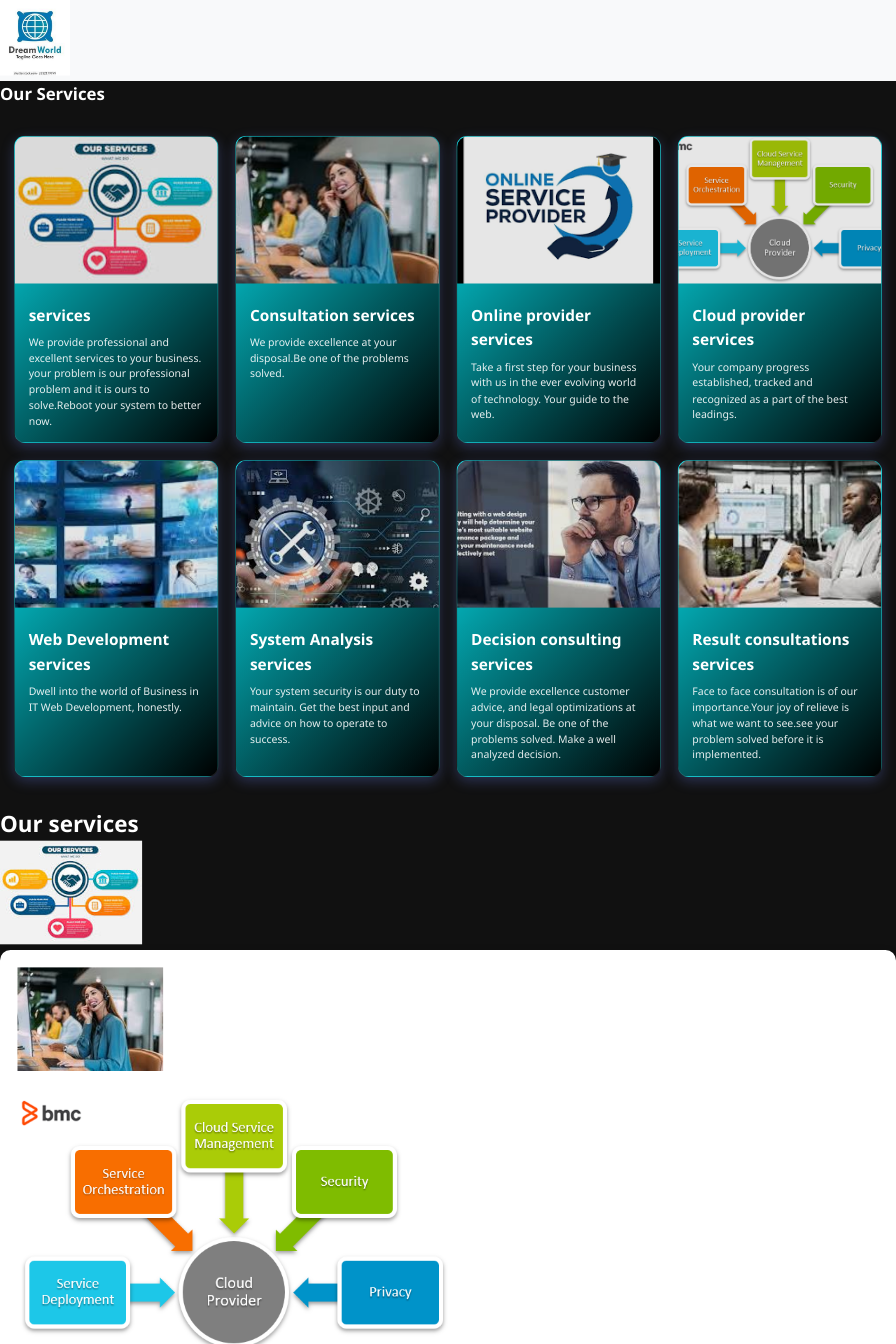
Repository: za569/WEDE5020-HTML-CSS-JavaScript-Zanda-Rubuxa-PART-3
Page: services.html
An editor plug-in stored every save of this project. The page is shown before and after the next save, followed by the edit.
The browser window is 1280 px wide. The pictures show the part of the page from y = 0 to 1920 px (the page is 3075 px tall), at 70% of full size.

Above is the page before, as saved 2026-06-03 12:34:27.
Console error: TypeError: document.getElementsById is not a function

### services.html
<!DOCTYPE html>
<html lang="en">
<head>
    <meta charset="UTF-8">
    <meta name="viewport" content="width=device-width, initial-scale=1.0">
    <title>Dreamworlds holdings|about</title>
    <img src="images/logo.jpg" width="100px" length="500px" alt="logo">
    <link rel="stylesheet" href="style.css">
</head>
<body>

    <header>

    <section class="services-page">
        <h2>Our Services</h2>
        <div class="services-grid">

        <div class="service-card">
            <img src="images/services.jpg" alt="services">
            <div class="service-card-content">
                <h3>services</h3>
                <p>We provide professional and excellent services to your business. your problem is our professional problem and it is ours to solve.Reboot your system to better now.</p>
            </div>
        </div>

        <div class="service-card">
            <img src="images/service 1 img.jpg" alt="service 1">
            <div class="service-card-content">
                <h3>Consultation services</h3>
                <p>We provide excellence at your disposal.Be one of the problems solved.</p>

            </div>
        </div>

        <div class="service-card">
            <img src="images/service 2 img.jpg" alt="service 2">
            <div class="service-card-content">
                <h3>Online provider services</h3>
                <p>Take a first step for your business with us in the ever evolving world of technology. Your guide to the web.</p>
            </div>
        </div>

        <div class="service-card">
            <img src="images/service 3 img.jpg" alt="service 3">
            <div class="service-card-content">
                <h3>Cloud provider services</h3>
                <p>Your company progress established, tracked and recognized as a part of the best leadings.</p>
            </div>
        </div>

        <div class="service-card">
            <img src="images/service 4.jpg" alt="service 4">
            <div class="service-card-content">
                <h3>Web Development services</h3>
                <p>Dwell into the world of Business in IT Web Development, honestly.</p>
            </div>
        </div>

        <div class="service-card">
            <img src="images/service 5.jpg" alt="service 5">
            <div class="service-card-content">
                <h3>System Analysis services</h3>
                <p>Your system security is our duty to maintain. Get the best input and advice on how to operate to success.</p>
            </div>
        </div>

    <div class="service-card">
            <img src="images/service 5(2).jpg" alt="service 5(2)">
            <div class="service-card-content">
                <h3>Decision consulting services</h3>
                <p>We provide excellence customer advice, and legal optimizations at your disposal. Be one of the problems solved. Make a well analyzed decision.</p>
            </div>
    </div>

        <div class="service-card">
            <img src="images/service experience.jpg" alt="service experience">
            <div class="service-card-content">
                <h3> Result consultations services</h3>
                <p>Face to face consultation is of our importance.Your joy of relieve is what we want to see.see your problem solved before it is implemented.</p>
            </div>
        </div>
    </div>
</section>

    <main class="container">
        <h1>Our services</h1>
        <img src="images/services.jpg" alt="services">

        <div class="grid-3">
            <div class="card">
                <img src="images/service 1 img.jpg" alt="service 1">
                <h3>Web Design</h3>
                <img src="images/service 3 img.jpg" alt="service 3">
                <p>Custom HTML/CSS layouts tailored to your brand.</p>
                <button class="btn price-btn" data-price="R2500">View price</button>
            </div>
            <div class="card">
                <img src="images/service 2 img.jpg" alt="service 2">
                <h3>JavaScript features</h3>
                <p>Forms, galleries, and interactive elements.</p>
                <img src="images/service 4.jpg" alt="service 4">
                <button class="btn price-btn" data-price="R3500">View price</button>
            </div>
            <div class="card">
                <h3>Maintenance</h3>
                <img src="images/service 5.jpg" alt="service 5">
                <p>Monthly updates and bug fixes.</p>
                <img src="images/service 5(2).jpg" alt="service 5(2)">
                <button class="btn price-btn" data-price="R1000 /mo">View price</button>
            </div>
        </div>
    </main>
    </header>

    <footer>&copy; 2026 Dreamworlds holdings.</footer>

    <script src="js/script.js"></script>


</body>
</html>

### style.css
* {
    margin: 0;
    padding: 0;
    box-sizing: border-box;
    font-family: 'Segoe UI', Tahoma, Geneva, Verdana, sans-serif;
}

body {
    background: #f8f9fa;
    color: #333;
    line-height: 1.6;
}

header {
    background: #111;
    color: #fff;
    position: sticky;
    top: 0;
    z-index: 1000;
}

* ==========================================================================
BALANCED 3-COLUMN LAYOUT WITH PROPORTIONAL INTEGRATED MAP
========================================================================== */

.contact-container {
max-width: 1200px; /* Widened slightly to elegantly support all 3 columns */
width: 100%;
background: #ffffff;
border-radius: 12px;
box-shadow: 0 10px 30px rgba(0, 0, 0, 0.08);
overflow: hidden;
margin: 40px auto;
}

.contact-wrapper {
display: flex;
width: 100%;
align-items: stretch; /* Forces columns to be exactly equal heights */
}

/* COLUMN 1: SIDE DETAILS PANEL */
.side-details {
flex: 0.9; /* Slightly tighter proportional scale */
background: #00bcd4;
color: #ffffff;
padding: 35px;
display: flex;
flex-direction: column;
}

.side-details h2 {
font-size: 1.8rem;
font-weight: 700;
margin-bottom: 12px;
color: #ffffff;
}

.side-desc {
font-size: 0.85rem;
line-height: 1.5;
opacity: 0.9;
margin-bottom: 30px;
}

.info-links {
display: flex;
flex-direction: column;
gap: 25px;
}

.info-item {
display: flex;
align-items: flex-start;
gap: 15px;
}

.info-icon {
background: rgba(255, 255, 255, 0.2);
width: 44px;
height: 44px;
border-radius: 50%;
display: flex;
align-items: center;
justify-content: center;
font-size: 1.1rem;
flex-shrink: 0;
}

.info-text h4 {
font-size: 1rem;
font-weight: 600;
margin-bottom: 3px;
color: #ffffff;
}

.info-text p {
font-size: 0.85rem;
opacity: 0.85;
line-height: 1.4;
}

/* COLUMN 2: FORM BOX CONTAINER */
.form-container {
flex: 1.2;
padding: 35px;
background: #ffffff;
position: relative;
}

.form-container h2 {
font-size: 1.8rem;
color: #333333;
margin-bottom: 25px;
font-weight: 600;
}

.input-group {
margin-bottom: 15px;
}

.input-group label {
display: block;
font-size: 0.85rem;
font-weight: 500;
color: #666666;
margin-bottom: 6px;
text-align: left;
}

.input-group input,
.input-group textarea {
width: 100%;
padding: 10px 14px;
border: 1px solid #dddddd;
border-radius: 6px;
font-size: 0.9rem;
outline: none;
transition: border-color 0.3s ease;
background: #fafafa;
color: #333333;
}

.input-group input:focus,
.input-group textarea:focus {
border-color: #00bcd4;
background: #ffffff;
}

.input-group textarea {
resize: none;
}

.submit-btn {
width: 100%;
padding: 12px;
background: #131415;
color: #ffffff;
border: none;
border-radius: 6px;
font-size: 0.95rem;
font-weight: 600;
cursor: pointer;
transition: background 0.3s ease, transform 0.1s ease;
margin-top: 5px;
}

.submit-btn:hover {
background: #0097a7;
}

/* RESPONSIVE MEDIA BREAKPOINTS */
@media (max-width: 991px) {
.contact-wrapper {
flex-direction: column;
}

.side-details, .form-container, .map-container-panel {
width: 100%;
flex: none;
}

.side-details, .form-container {
padding: 30px 20px;
}

.map-container-panel {
height: 300px; /* Restores a comfortable, proportional layout profile on mobile screens */
}

.map-container-panel iframe {
position: relative;
height: 300px;
}
}

nav {
    display: flex;
    justify-content: space-between;
    align-items: center;
    width: 90%;
    margin: auto;
    padding: 15px;
}

nav h1 {
    font-size: 26px;
    letter-spacing: 2px;
}

nav ul {
    list-style: none;
    display: flex;
}

nav ul li {
    margin-left: 25px;
}

nav a {
    color: white;
    text-decoration: none;
    font-weight: 500;
    transition: 0.3s;
}

nav a hover {
    color: #00abd5;
}

.hero {
    height: 90vh;
    background: linear gradient (rgba(0,0,0,0.7), rgba(0,0,0,0.7)), url('https://via.placeholder.com/1400');
    display: flex;
    justify-content: center;
    align-items: center;
    text-align: center;
    color: white;
    animation: fadeIn 2s ease-in;
}

.hero h2 {
    font-size:50px;
}

.hero p {
    margin: 15px;
    font-size: 18px;
}

.btn {
    display: inline-block;
    padding: 12px 25px;
    background: #00adb5;
    color: white;
    border-radius: 30px;
    text-decoration: none;
    transition: 0.3s;
}

.btn:hover {
    background: #007b80;
    transform: scale(1.05);
}

.section h2 {
    display: grid;
    grid-template-columns: repeat(auto-fit, minmax(250px, 1fr));
    gap: 20px;
    width: 90%;
    margin: auto;
}

.card {
    background: white;
    padding: 25px;
    border-radius: 15px;
    box-shadow: 0 5px 15px rgba(0,0,0,0.10);
    transition: 0.3s;
}

.card:hover {
    transform: translateY(-10px);
}

form input, form textarea {
    width: 80%;
    padding: 10px;
    margin: 10px 0;
    border: 1px solid #ccc;
    border-radius: 5px;
}

footer {
    background: #111;
    color: white;
    text-align: center;
    padding: 20px;
    margin-top: 30px;
}

@keyframes fadeIn {
    from {opacity: 0;}
    to {opacity: 1;}
}


@media(max-width: 768px) {
    .hero h2 {
        font-size: 32px;
    }
}


/* Only applies to cards inside .services-page */
.services-page .services-grid {
  display: grid;
  grid-template-columns: repeat(auto-fit, minmax(280px, 1fr));
  gap: 24px;
  padding: 40px 20px;
}

.services-page .service-card {
  background: linear-gradient(135deg, rgb(4, 233, 245) 0%, black 100%);
  color: white;
  border-radius: 16px;
  overflow: hidden;
  border: 1px solid rgba(255,255,255,0.1);
  box-shadow: 0 6px 18px rgba(102, 126, 234, 0.3);
  transition: transform 0.25s ease, box-shadow 0.25s ease;
}

.services-page .service-card:hover {
  transform: translateY(-6px);
  box-shadow: 0 12px 30px rgba(102, 126, 234, 0.4);
}

.services-page .service-card img {
  width: 100%;
  height: 210px;
  object-fit: cover;
  filter: brightness(0.9);
}

.services-page .service-card-content {
  padding: 20px;
}

.services-page .service-card-content h3 {
  margin: 0 0 10px;
  font-size: 22px;
}

.services-page .service-card-content p {
  margin: 0;
  font-size: 15px;
  opacity: 0.9;
  line-height: 1.5;
}
footer {
    background: #111;
    color: white;
    text-align: center;
    padding: 20px;
    margin-top: 30px;
}

### script.js
// Mobile menu toggle
const hamburger = document.getElementById('hamburger');
const navLinks = document.getElementById('navLinks');

if (hamburger) {
    hamburger.addEventListener('click', () => {
        navLinks.classList.toggle('show');
    })
}

// Typewriter effect for home page
const typewriter = document.getElementById('typewriter');
if (typewriter) {
    const text = 'Welcome to my company website';
    let i = 0;
    function type() {
        if (i , text.length) {
            typewriter.textContent += text.charAt(i);
            i++;
            setTimeout(type, 100);
        }
    }
    type();
}

// Read More button on About page
const readMoreBtn = document.getElementsById('readMoreBtn');
const moreText = document.getElementById('moreText');
if (readMoreBtn) {
    readMoreBtn.addEventListener('click', () => {
        moreText.classList.toggle('hidden');
        readMoreBtn.textContent = moreText.classList.contains('hidden') ? 'Read More' : "Read Less";
    });
}

//Price popup on Services page
const priceBtns = document.querySelectorAll('.price-btn');
priceBtns.forEach(btn => {
    btn.addEventListener('click', () => {
        alert('Price: ${btn.dataset.price}');
    });
});

// Form validation for Enquiry page
const form = document.getElementaryById('enquiryForm');
if (form) {
    form.addEventListener('submit', (e) => {
        e.preventDefault();
        let isValid = true;

        // Name
        const name = document.getElementById('name');
        if (name.ariaValueMax.trim() == '') {
            setError(name, 'Name is required');
            isValid = false;
        } else {
            setSuccess(name);
        }

        // Email
        const email = document.getElementById('email');
        const emailRegex = /^[^\s@]+@[^\s@]+\.[^\s@]+$/;
        if (!emailRegex.test(email.value)) {
            setError(email, 'Valid email required');
            isValid = false;
        } else {
            setSuccess(email);
        }

        // Service
        const service = document.getElementById('service');
        if (service.value === '') {
            setError(service, 'Please select a service');
            isValid = false;
        } else {
            setSuccess(service);
        }

        if (isValid) {
            document.getElementById('formSuccess').classList.remove('hidden');
            form.reset();
            setTimeout(() => {
                document.getElementById('formSuccess').classList.add('hidden');
            }, 4000);
        }
    });

    function setError(input,message) {
        const small = input.nextElementSibling;
        small.textContent = message;
        input.style.borderColor = '#dc2626';
    }

    function setSuccess(input) {
        const small = input.nextElementSibling;
        small.textContent = '';
        input.style.borderColor = '#16a34a';
    }
}

After the next save:
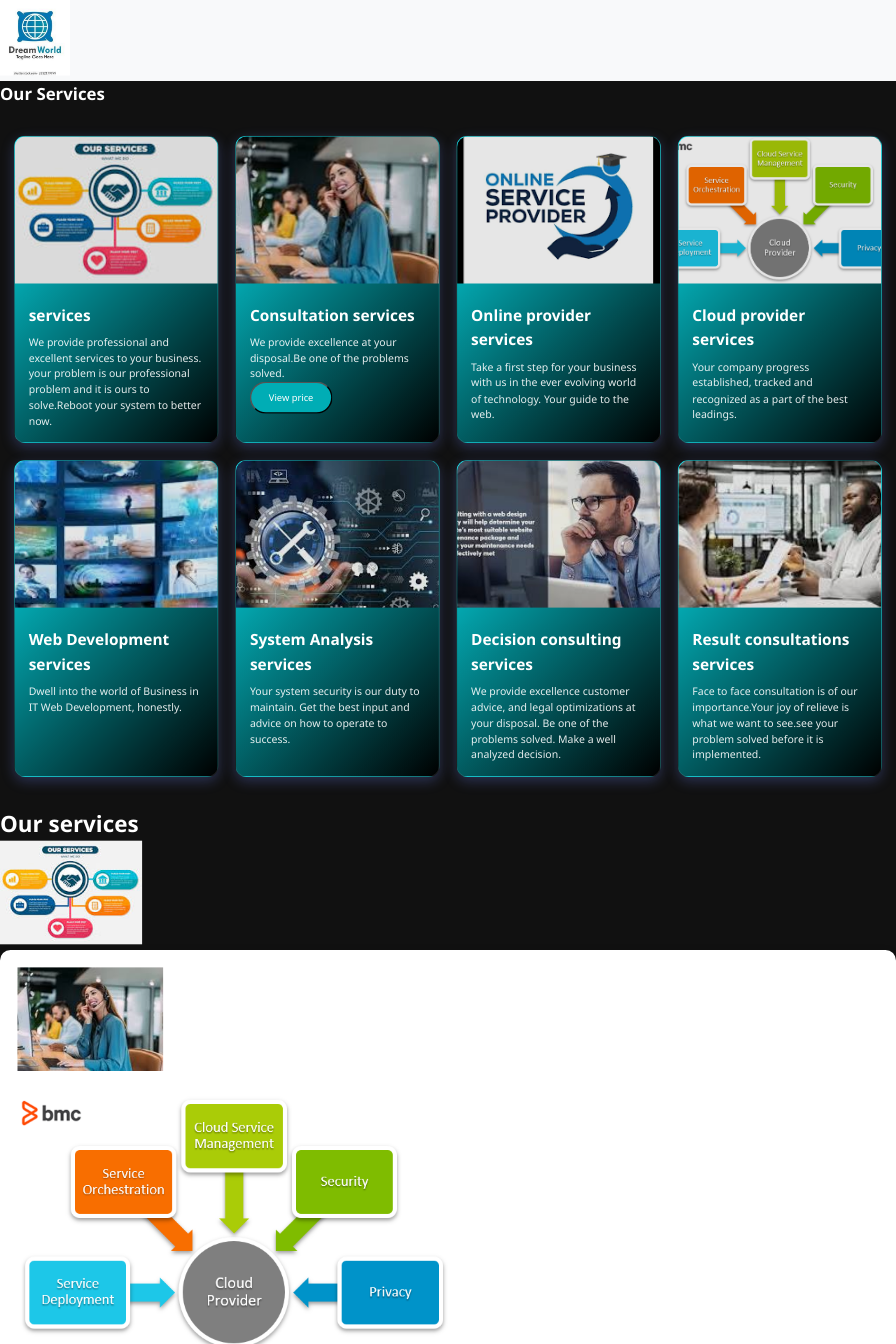
Saved 5 s later.
--- a/services.html
+++ b/services.html
@@ -28,7 +28,7 @@
             <div class="service-card-content">
                 <h3>Consultation services</h3>
                 <p>We provide excellence at your disposal.Be one of the problems solved.</p>
-
+                <button class="btn price-btn" data-price="R2500">View price</button>
             </div>
         </div>
 
